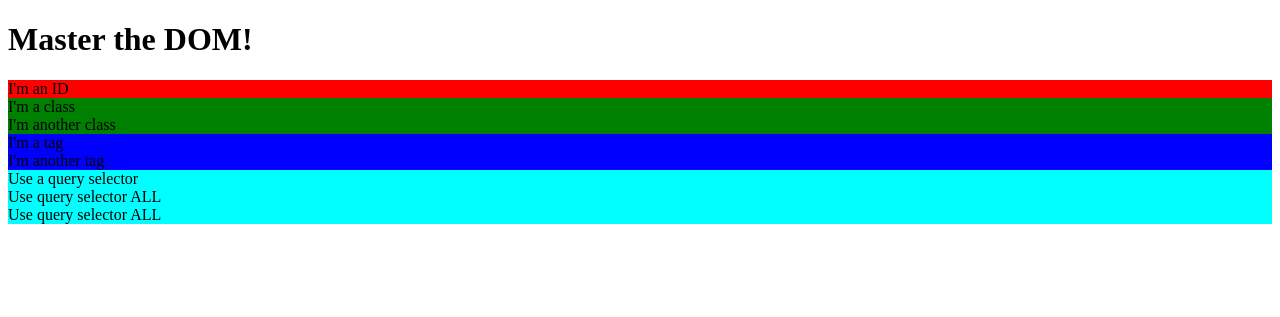
Repository: glgeorgiou/100-days-of-code-projects
Page: DOM Testing/1.html
The author's editor kept a copy of each file at every save. The page is drawn from the files as they stood at one save, then again after the next save.
The browser window is 1280 px wide. The pictures show the whole page.

Above is the page before, as saved 2020-04-14 10:41:02.

### DOM Testing/1.html
<!DOCTYPE html>
<html lang="en">
<head>
  <title>Master the DOM!</title>
</head>
<body>
    <h1>Master the DOM!</h1>
    <div id="test">I'm an ID</div>
    <div class="test">I'm a class</div>
    <div class="test">I'm another class</div>
    <section>I'm a tag</section>
    <section>I'm another tag</section>
    <div id="test-query">Use a query selector</div>
    <div class="test-query-all">Use query selector ALL</div>
    <div class="test-query-all">Use query selector ALL</div>

    <script src="1.js"></script>
</body>
</html>

### DOM Testing/1.js
/**
 * Using js to colorize DOM
 * Source: https://medium.com/@timothyrobards/javascript-fundamentals-master-the-dom-part-1-82433084fb40
 * */

//First paragraph - id
testId = document.getElementById('test');
testId.style.backgroundColor = 'red'


//2nd paragraph - class
testClass = document.getElementsByClassName('test');
//Single element
//testClass[0].style.backgroundColor = 'green'
//Using for
for (i = 0; i < testClass.length; i++) {
    testClass[i].style.backgroundColor = 'green';
  }


  //By tag name
  testTag = document.getElementsByTagName('section');
for (i = 0; i < testTag.length; i++) {
    testTag[i].style.backgroundColor = 'blue';
}


//QuerySelectorAll
/**
 testQueryAll = document.querySelectorAll('.test-query-all');
 testQueryAll.forEach(query => {
     query.style.backgroundColor = 'yellow';
    });
    *
    */
//Alternativellly
testQueryAll = document.querySelectorAll('#test-query, .test-query-all')
 testQueryAll.forEach(query => {
    query.style.backgroundColor = 'cyan';
  });

After the next save:
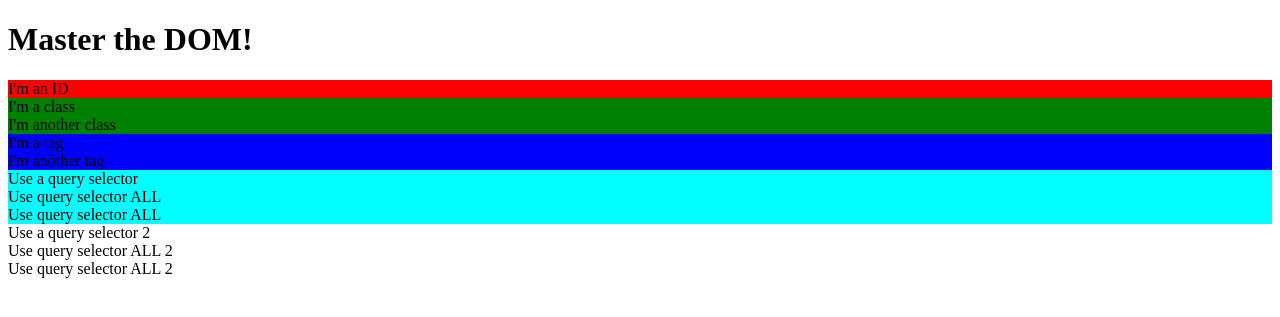
Saved 87 s later.
--- a/DOM Testing/1.html
+++ b/DOM Testing/1.html
@@ -13,6 +13,9 @@
     <div id="test-query">Use a query selector</div>
     <div class="test-query-all">Use query selector ALL</div>
     <div class="test-query-all">Use query selector ALL</div>
+    <div id="test-query2">Use a query selector 2</div>
+    <div class="test-query-all2">Use query selector ALL 2</div>
+    <div class="test-query-all2">Use query selector ALL 2</div>
 
     <script src="1.js"></script>
 </body>
